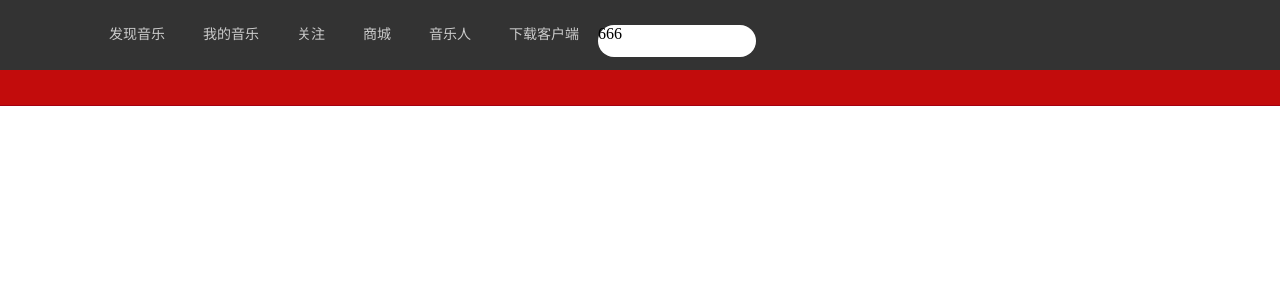
Repository: xtcgjk/-
Page: /
An editor plug-in stored every save of this project. The page is shown before and after the next save, followed by the edit.
The browser window is 1280 px wide. The pictures show the whole page.
The project was rebuilt for these pictures with package versions that can differ from the ones it lists, and the page was loaded fresh each time.

Above is the page before, as saved 2022-02-23 16:22:20.

### index.html
<!DOCTYPE html>
<html>
  <head>
    <meta charset="utf-8" />
    <meta name="viewport" content="width=device-width,initial-scale=1.0" />
    <title>vue-music</title>
  </head>
  <body>
    <div id="app"></div>
    <!-- built files will be auto injected -->
  </body>
</html>
<style>
  body {
    margin: 0;
    padding: 0;
  }
</style>

### src/main.js
// The Vue build version to load with the `import` command
// (runtime-only or standalone) has been set in webpack.base.conf with an alias.
import Vue from "vue";
import App from "./App";
import router from "./routers";
import http from "./axios/index";
import ElementUI from "element-ui";
import "element-ui/lib/theme-chalk/index.css";

Vue.use(ElementUI);
Vue.prototype.$http = http;

/* eslint-disable no-new */
new Vue({
  el: "#app",
  router,
  components: { App },
  template: "<App/>"
});

### src/App.vue
<template>
  <div id="app">
    <router-view></router-view>
  </div>
</template>

<script>
export default {
  name: "App",
  components: {},
};
</script>

<style>
/* #app {
  font-family: "Avenir", Helvetica, Arial, sans-serif;
  -webkit-font-smoothing: antialiased;
  -moz-osx-font-smoothing: grayscale;
  text-align: center;
  color: #2c3e50;
  margin-top: 60px;
} */
</style>

### src/routers/index.js
import Vue from "vue";
import VueRouter from "vue-router";
Vue.use(VueRouter);
const router = new VueRouter({
  mode: "history",
  routes: [
    {
      path: "/",
      redirect: "/music"
    },
    {
      path: "/music",
      component: () => import("@/views/music")
    }
  ]
});

export default router;

### src/axios/index.js
function http(userOptions) {
  console.log("成功了");
}

### src/views/music/index.vue
<template>
  <div id="container">
    <div></div>
    <Header />
    <Header2 />
  </div>
</template>

<script>
import Header from "../../components/header";
import Header2 from "../../components/header2";
export default {
  components: {
    Header,
    Header2,
  },
};
</script>
<style scoped>
</style>

### src/components/header/index.vue
<template>
  <div id="wrapper">
    <div id="header">
      <router-link to="">发现音乐</router-link>
      <router-link to="">我的音乐</router-link>
      <router-link to="">关注</router-link>
      <router-link to="">商城</router-link>
      <router-link to="">音乐人</router-link>
      <router-link to="">下载客户端</router-link>
      <div id="search">666</div>
    </div>
  </div>
</template>

<script>
export default {
  name: "Header",
  data() {
    return {};
  },
};
</script>
<style scoped>
#wrapper {
  background-color: #333;
}
#header {
  width: 1100px;
  height: 70px;
  background-color: #333;
  margin: auto;
}
a {
  text-decoration: none;
  color: #ccc;
  font-style: normal;
  font-size: 14px;
  height: 70px;
  line-height: 70px;
  display: inline-block;
  padding: 0 19px;
}
#search {
  width: 158px;
  height: 32px;
  background-color: #fff;
  border-radius: 32px;
  display: inline-block;
}
</style>

### src/components/header2/index.vue
<template>
  <div id="header2"></div>
</template>
<script>
export default {
  name: "Header2",
  data() {
    return {};
  },
};
</script>
<style scoped>
#header2 {
  height: 35px;
  background-color: #c20c0c;
  border-bottom: 1px solid #a40011;
}
</style>

After the next save:
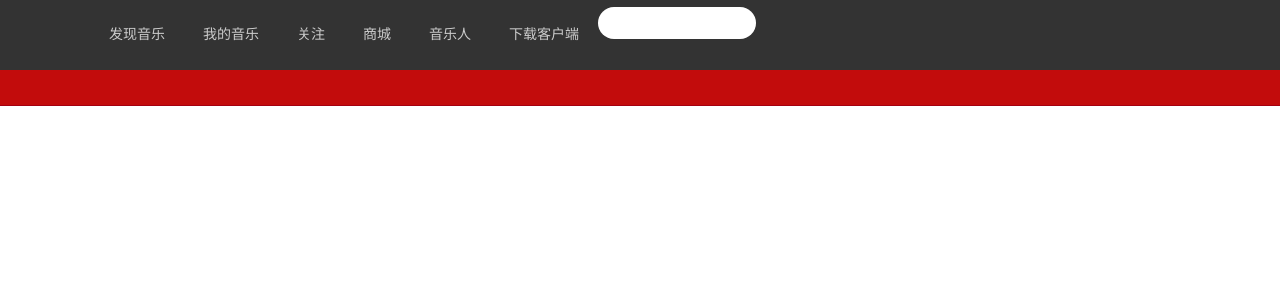
Saved 11 s later.
--- a/src/components/header/index.vue
+++ b/src/components/header/index.vue
@@ -7,7 +7,7 @@
       <router-link to="">商城</router-link>
       <router-link to="">音乐人</router-link>
       <router-link to="">下载客户端</router-link>
-      <div id="search">666</div>
+      <div id="search"></div>
     </div>
   </div>
 </template>
